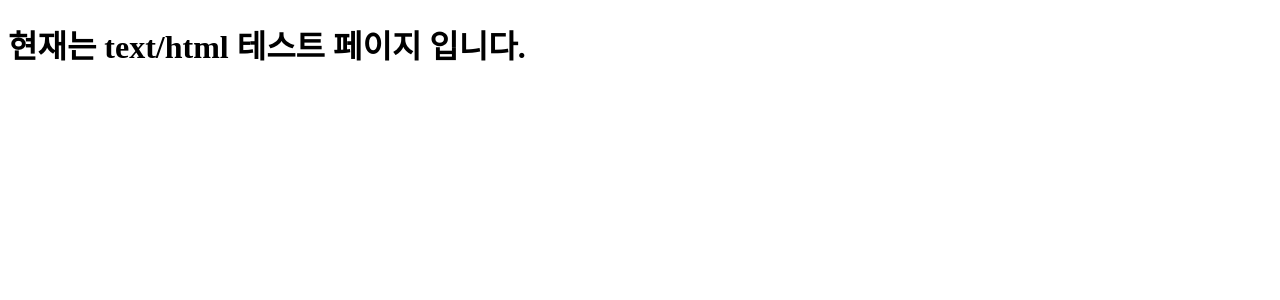
Repository: hodob/JSP_Practice
Page: http://localhost/JSP_WebMarket_JJH/ch03_ex/text.jsp
An editor plug-in stored every save of this project. The page is shown before and after the next save, followed by the edit.
The browser window is 1280 px wide. The pictures show the whole page.
The page is served by Tomcat 9. Other server files are loaded and not shown.

Above is the page before, as saved 2022-08-08 01:46:54.

### JSP_WebMarket_JJH/WebContent/ch03_ex/text.jsp
<%@ page language="java" contentType="text/html; charset=UTF-8"
    pageEncoding="UTF-8"%>
<!DOCTYPE html>
<html>
<head>
<meta charset="UTF-8">
<title>Insert title here</title>
</head>
<body>
<h1>현재는 text/html 테스트 페이지 입니다.</h1>
</body>
</html>

After the next save:
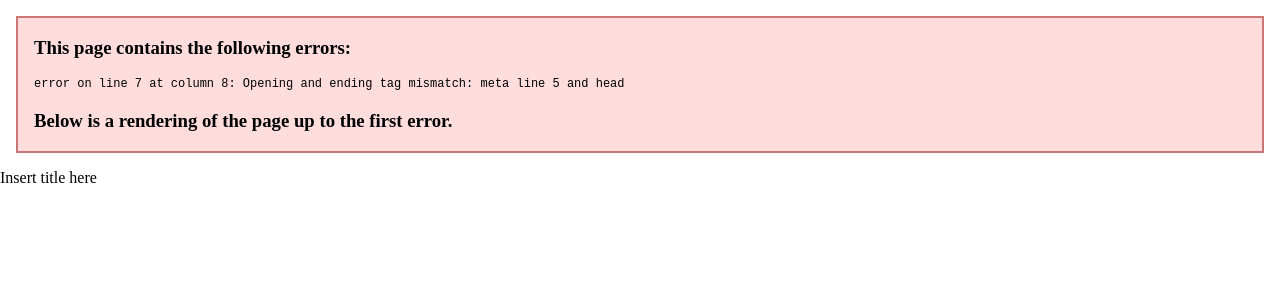
Saved 17 s later.
--- a/JSP_WebMarket_JJH/WebContent/ch03_ex/text.jsp
+++ b/JSP_WebMarket_JJH/WebContent/ch03_ex/text.jsp
@@ -1,4 +1,4 @@
-<%@ page language="java" contentType="text/html; charset=UTF-8"
+<%@ page language="java" contentType="text/xml; charset=UTF-8"
     pageEncoding="UTF-8"%>
 <!DOCTYPE html>
 <html>
@@ -7,6 +7,6 @@
 <title>Insert title here</title>
 </head>
 <body>
-<h1>현재는 text/html 테스트 페이지 입니다.</h1>
+<h1>현재는 text/xml 테스트 페이지 입니다.</h1>
 </body>
 </html>

After the save that followed:
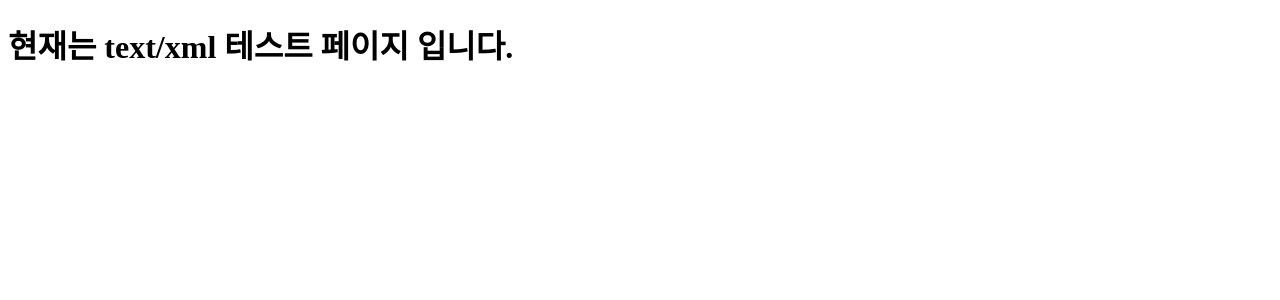
Saved 99 s later.
--- a/JSP_WebMarket_JJH/WebContent/ch03_ex/text.jsp
+++ b/JSP_WebMarket_JJH/WebContent/ch03_ex/text.jsp
@@ -1,4 +1,4 @@
-<%@ page language="java" contentType="text/xml; charset=UTF-8"
+<%@ page language="java" contentType="text/html; charset=UTF-8"
     pageEncoding="UTF-8"%>
 <!DOCTYPE html>
 <html>
